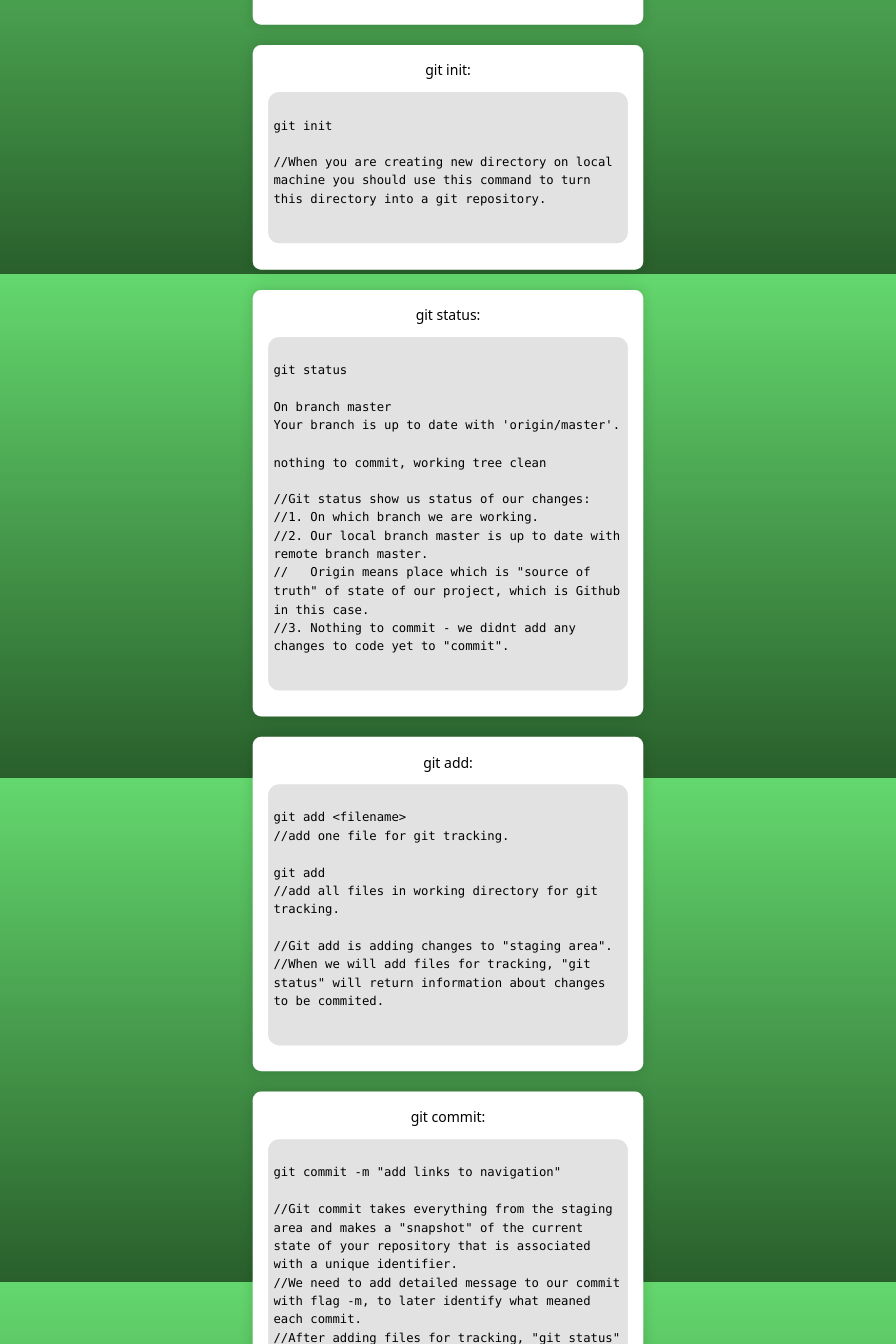
Repository: michalgornicki/git
Page: /#/Basics
These files come from the project's save history. The page is drawn as it stood at one moment and after a run of saves; the edit follows.
The browser window is 1280 px wide. The pictures show the part of the page from y = 1048 to 2968 px (the page is 10452 px tall before and 10479 px after), at 70% of full size.
Backgrounds fixed to the window are drawn as part of the page. The project was rebuilt for these pictures with package versions that can differ from the ones it lists, and the page was loaded fresh each time. Also part of the build but not shown: src/components/structure.jsx, src/components/conflicts.jsx.

Above is the page before, as saved 2022-02-10 13:38:48.

### src/App.jsx
import React from "react";
import "./App.css";
import "bootstrap/dist/css/bootstrap.min.css";
import { Route, HashRouter as Router, Routes, Link } from "react-router-dom";
import Basics from "./components/basics.jsx";
import Structure from "./components/structure.jsx";
import Conflicts from "./components/conflicts.jsx";

function App() {
  return (
    <Router>
      <div className="text-center">
        <div className="display-1 mt-1 mb-5 text-white">Git repeat course</div>

        <div className="h3 d-flex w-75 m-auto my-5 justify-content-evenly flex-wrap text-white">
          <Link className="link-style mx-3" to="/Basics">
            Basics
          </Link>
          <Link className="link-style mx-3" to="/Structure">
            Project structure
          </Link>
          <Link className="link-style mx-3" to="/Conflicts">
            Conflicts
          </Link>
        </div>

        <Routes>
          <Route path="/Basics" element={<Basics />} />
          <Route path="/Structure" element={<Structure />} />
          <Route path="/Conflicts" element={<Conflicts />} />
        </Routes>
      </div>
    </Router>
  );
}

export default App;

### src/App.css
@import url('https://fonts.googleapis.com/css2?family=Catamaran:wght@400&display=swap');

body{
    font-family: 'Catamaran', sans-serif;
    overflow-x: hidden;
    padding-bottom: 80vh;
    height: auto;
    background: linear-gradient(rgb(100, 216, 110), rgb(41, 95, 43));
    background-attachment: fixed;
}

.js-item{
    color:rgb(0, 0, 0);
    font-size: 1.25rem;
    background-color: rgb(255, 255, 255);
    transition: 0.2s;
    padding: 3vh;
    margin-bottom: 4vh!important;
    width: 50%;
    margin-left: auto;
    margin-right: auto;
    box-shadow: 0px 0px 20px rgba(0, 0, 0, 0.15);
    border-radius: 0.75rem;
}

.text-pink{
    padding: 0.5rem;
    margin-top: 1rem;
    margin-bottom: 1rem;
    color:rgb(0, 0, 0)!important;
    font-size: 1.25rem;
    border-radius: 1rem;
    text-align: left;
    background-color: rgb(226, 226, 226);
}

pre {
    white-space: pre-wrap;       /* css-3 */
    white-space: -moz-pre-wrap;  /* Mozilla, since 1999 */
    white-space: -pre-wrap;      /* Opera 4-6 */
    white-space: -o-pre-wrap;    /* Opera 7 */
    word-wrap: break-word;       /* Internet Explorer 5.5+ */
   }

.link-style{
    color: inherit;
    text-decoration: inherit;
}

.link-style:hover{
    color: rgb(255, 138, 84);
}

@media only screen and (max-device-width: 600px), (max-width: 600px) {

    .js-item{
        width: 95%;
    }

}

### src/components/basics.jsx
const Basics = () => {
  return (
    <div className="container">
      <div className="js-item">
        {" "}
        <div className="">Setup: </div>
        <div className="text-pink">
          <pre>{`
First you should:
1. Install git from git website:
https://git-scm.com/book/en/v2/Getting-Started-Installing-Git
2. Signup for Github account (or similar alternative like Gitlab) and create new repository.

If you use Microsoft Visual Studio Code (which i recommend) you can skip first point, because it have git built-in.
You can control git using terminal.
          `}</pre>
        </div>
      </div>
      <div className="js-item">
        {" "}
        <div className="">git clone: </div>
        <div className="text-pink">
          <pre>{`
git clone https://github.com/michalgornicki/react.git

//Cloning repo will download all of the project's code and metadata from source.
          `}</pre>
        </div>
      </div>

      <div className="js-item">
        {" "}
        <div className="">git init: </div>
        <div className="text-pink">
          <pre>{`
git init

//When you are creating new directory on local machine you should use this command to turn this directory into a git repository.
          `}</pre>
        </div>
      </div>

      <div className="js-item">
        {" "}
        <div className="">git status: </div>
        <div className="text-pink">
          <pre>{`
git status

On branch master
Your branch is up to date with 'origin/master'.

nothing to commit, working tree clean

//Git status show us status of our changes:
//1. On which branch we are working.
//2. Our local branch master is up to date with remote branch master.
//   Origin means place which is "source of truth" of state of our project, which is Github in this case.
//3. Nothing to commit - we didnt add any changes to code yet to "commit".
          `}</pre>
        </div>
      </div>
      <div className="js-item">
        {" "}
        <div className="">git add: </div>
        <div className="text-pink">
          <pre>{`
git add <filename>
//add one file for git tracking.

git add
//add all files in working directory for git tracking.

//Git add is adding changes to "staging area".
//When we will add files for tracking, "git status" will return information about changes to be commited.
          `}</pre>
        </div>
      </div>

      <div className="js-item">
        {" "}
        <div className="">git commit: </div>
        <div className="text-pink">
          <pre>{`
git commit -m "add links to navigation"

//Git commit takes everything from the staging area and makes a "snapshot" of the current state of your repository that is associated with a unique identifier.
//We need to add detailed message to our commit with flag -m, to later identify what meaned each commit.
//After adding files for tracking, "git status" will return information about changes to be commited.
          `}</pre>
        </div>
      </div>

      <div className="js-item">
        {" "}
        <div className="">git log: </div>
        <div className="text-pink">
          <pre>{`

git log

commit 52451db1ff6f6e1d2a3c45dc51050ec6df550c0e (HEAD -> master, origin/master)
Author: Michal Gornicki <gornickimichal@gmail.com>
Date:   Wed Feb 9 12:56:32 2022 +0100

    add new items

commit 78a05f0907064f5dadd4de2284dc3b10f9e7a6a7
Author: Michal Gornicki <gornickimichal@gmail.com>
Date:   Wed Feb 9 12:15:36 2022 +0100

    add new hooks

//With this command we can see information about our latest commits.

          `}</pre>
        </div>
      </div>
      <div className="js-item">
        {" "}
        <div className="">git remote: </div>
        <div className="text-pink">
          <pre>{`

git remote
//List the remote connections you have to other repositories.

git remote -v
//Same as above but with URL links to each repository.

git remote add <name> <url>
//Create a new connection to a remote repository.


//Before we push our commit to remote repository we must add connection to it.

          `}</pre>
        </div>
      </div>

      <div className="js-item">
        {" "}
        <div className="">git push: </div>
        <div className="text-pink">
          <pre>{`

git push <remote destination> <branch>
git push origin master

Enumerating objects: 15, done.
Counting objects: 100% (15/15), done.
Delta compression using up to 8 threads
Compressing objects: 100% (9/9), done.
Writing objects: 100% (9/9), 1.29 KiB | 1.29 MiB/s, done.
Total 9 (delta 7), reused 0 (delta 0), pack-reused 0
remote: Resolving deltas: 100% (7/7), completed with 6 local objects.
To https://github.com/michalgornicki/javascript
   c1ef9d3..46b6abd  master -> master

//With this command we can push our changes from local directory to origin remote - Github repository.
//After "git push" we must specify remote branch where our commit will land.

          `}</pre>
        </div>
      </div>

      <div className="js-item">
        {" "}
        <div className="">git diff: </div>
        <div className="text-pink">
          <pre>{`

git diff

-  Effect hook execute function or functions after every render of its component.
+  Effect hook execute function or functions after every render of its component by default.

//This command shows changes between commits, commit and working tree, two files etc.

          `}</pre>
        </div>
      </div>

      <div className="js-item">
        {" "}
        <div className="">git checkout: </div>
        <div className="text-pink">
          <pre>{`

git checkout -b lower-branch

Switched to a new branch 'lower-branch'

git checkout master

Switched to a branch 'master'


//Use git checkout to switch branches or create new branch.
//Branch is a pointer to a specific timeline of the Git history.
//Creating branches is key feature for working in team, you can work on separate branch without affecting core of the project code.

          `}</pre>
        </div>
      </div>
      <div className="js-item">
        {" "}
        <div className="">git merge: </div>
        <div className="text-pink">
          <pre>{`

git merge lower-branch

Updating f5b6e2f..741822a
Fast-forward
 file.txt | 1 +
 1 file changed, 1 insertion(+)
 create mode 100644 file.txt

//This command try to merge content of selected branch into current branch.

          `}</pre>
        </div>
      </div>
      <div className="js-item">
        {" "}
        <div className="">git branch -D: </div>
        <div className="text-pink">
          <pre>{`

git branch -D lower-branch

Deleted branch lower-branch (was 741822a).


//After merging our branch to master branch we can delete it with this command.

          `}</pre>
        </div>
      </div>
      <div className="js-item">
        {" "}
        <div className="">Create pull request: </div>
        <div className="text-pink">
          <pre>{`

//After pushing new branch to remote you can create new pull request on Github.
//After creating pull request anyone with push access to the repository can complete the merge your pulled request into master branch.

          `}</pre>
        </div>
      </div>
      <div className="js-item">
        {" "}
        <div className="">git restore: </div>
        <div className="text-pink">
          <pre>{`

git restore <filename>
//Restore state of single file.

git restore .
//Restore state of all files in working directory.

git restore --staged <filename>
//Unstage file.

//git restore is used to restore/discard the uncommitted local changes of files.
//It also can be used for unstage files (revert git add).
//This command returns state of local directory to last commit state.

          `}</pre>
        </div>
      </div>
      <div className="js-item">
        {" "}
        <div className="">git fetch: </div>
        <div className="text-pink">
          <pre>{`

git fetch
//This command downloads new information from the remote about the status of the repo.

git status

On branch master
Your branch is behind 'origin/master' by 2 commits, and can be fast-forwarded.
  (use "git pull" to update your local branch)

nothing to commit, working tree clean

//After git fetch when we use git status we can check if our local branch is behind remote branch.
//We can receive instruction to use git pull to update local files.

          `}</pre>
        </div>
      </div>
      <div className="js-item">
        {" "}
        <div className="">git pull: </div>
        <div className="text-pink">
          <pre>{`

git pull

//The git pull command is a shorthand for running two commands: git fetch followed by a git merge.
// Use this command to update files on local branch from remote.

          `}</pre>
        </div>
      </div>
    </div>
  );
};

export default Basics;

Loaded but not shown: public/index.html (common file); src/index.js (common file); src/index.css (common file); src/reportWebVitals.js (common file)

After the next 3 saves:
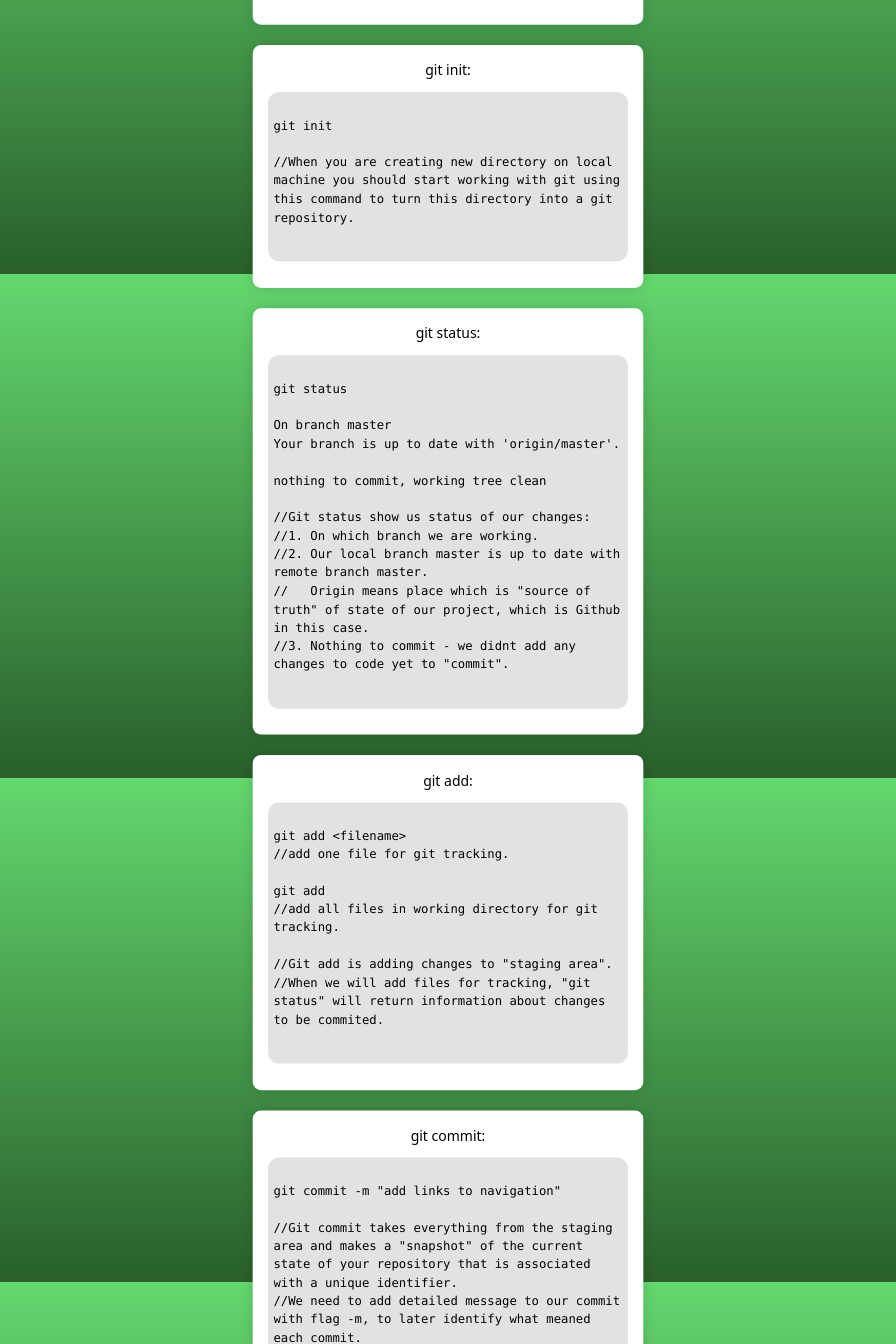
The 3 saves are shown as one change because they came seconds apart.
The last was saved 16 s later.
--- a/src/components/basics.jsx
+++ b/src/components/basics.jsx
@@ -35,7 +35,7 @@ git clone https://github.com/michalgornicki/react.git
           <pre>{`
 git init
 
-//When you are creating new directory on local machine you should use this command to turn this directory into a git repository.
+//When you are creating new directory on local machine you should start working with git using this command to turn this directory into a git repository.
           `}</pre>
         </div>
       </div>
